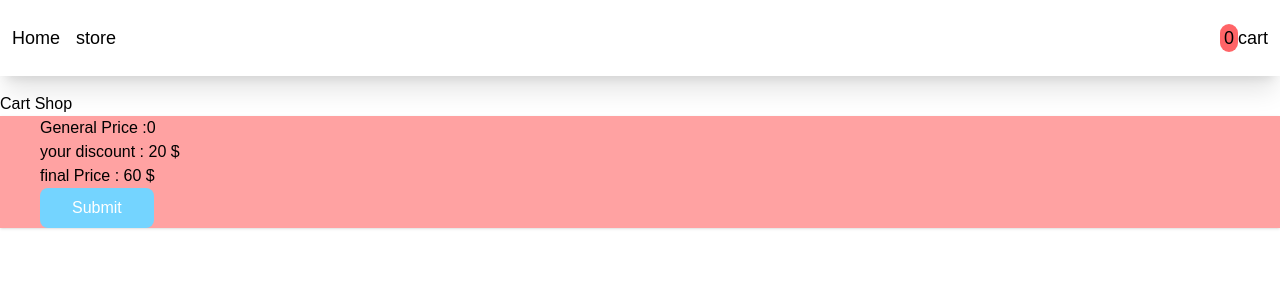
Repository: Rohullah-Noori/Nextjs-online-shop
Page: /cart
An editor plug-in stored every save of this project. The page is shown before and after the next save, followed by the edit.
The browser window is 1280 px wide. The pictures show the whole page.
The project was rebuilt for these pictures with package versions that can differ from the ones it lists, and the page was loaded fresh each time. The framework's server and built-in components were replaced by stand-ins that run in the browser. Requests to the local data server were answered from the project's data file. Also part of the build but not shown: next.config.ts, src/app/components/AddToCart.tsx, src/app/components/CartItem.tsx.

Above is the page before, as saved 2025-05-13 16:24:41.

After the next save:
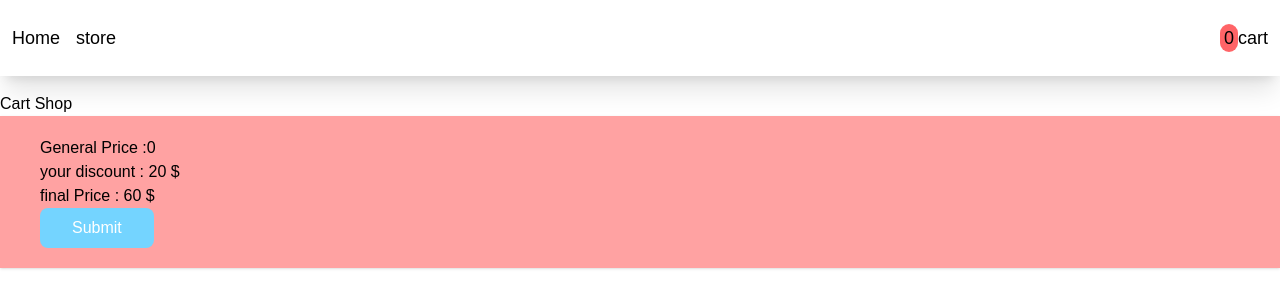
Saved 9 s later.
--- a/src/app/cart/page.tsx
+++ b/src/app/cart/page.tsx
@@ -29,7 +29,7 @@ export default function Cart() {
         <CartItem key={item.id} {...item} />
       ))}
 
-      <div className="shadow bg-red-300  gap-y-3 px-10 ">
+      <div className="shadow bg-red-300  gap-y-3 px-10 py-5 ">
         <p>
           General Price :
           <span>
